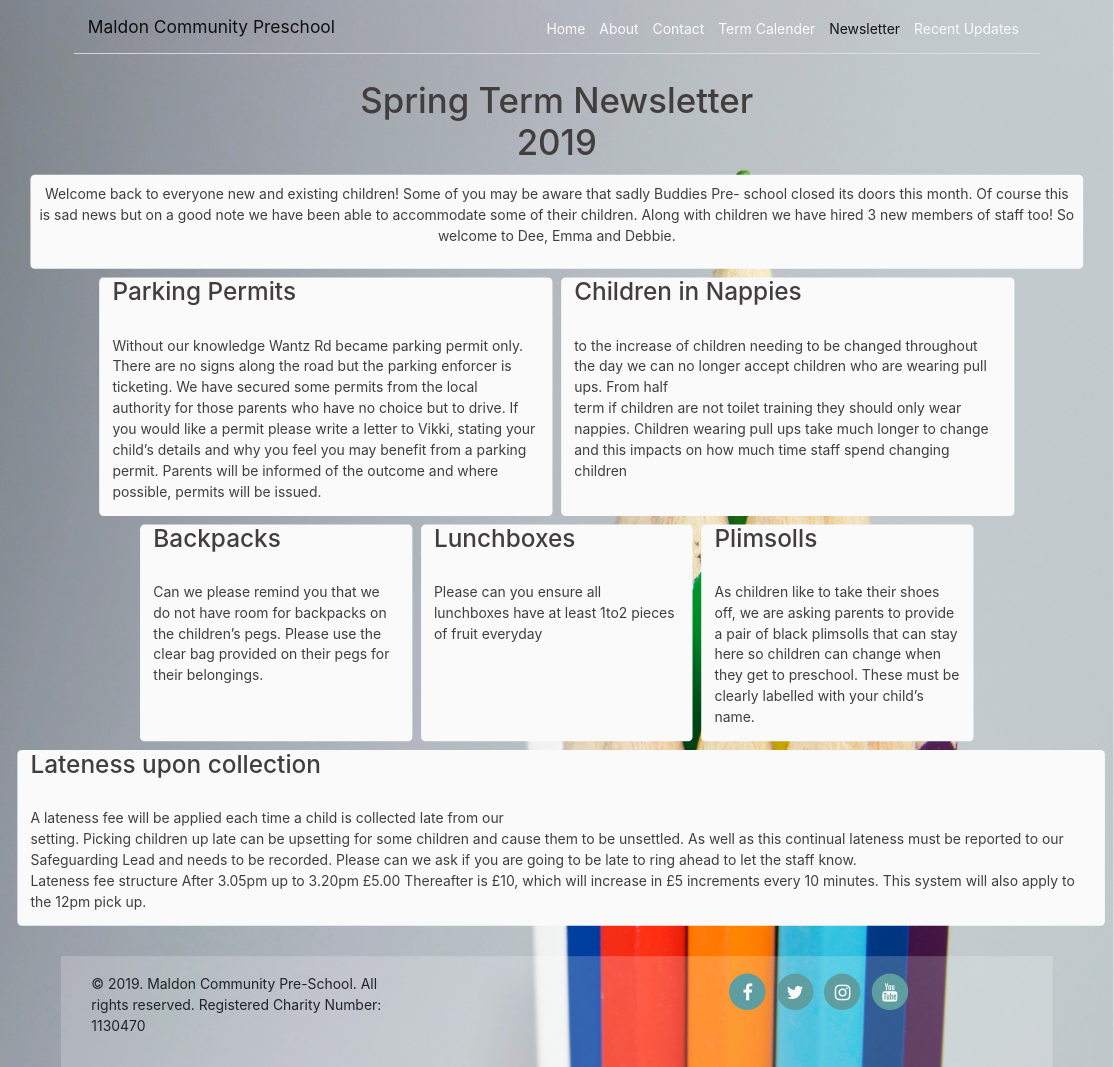
Repository: parkslee/milestone_1
Page: newsletter.html
The author's editor kept a record of every edit. The page is drawn from the files as they stood at one moment, then again after the next edit.
The browser window is 1280 px wide. The pictures show the whole page, at 87% of full size.
Some web libraries are served in a nearby version.

Above is the page before.

After the next edit:
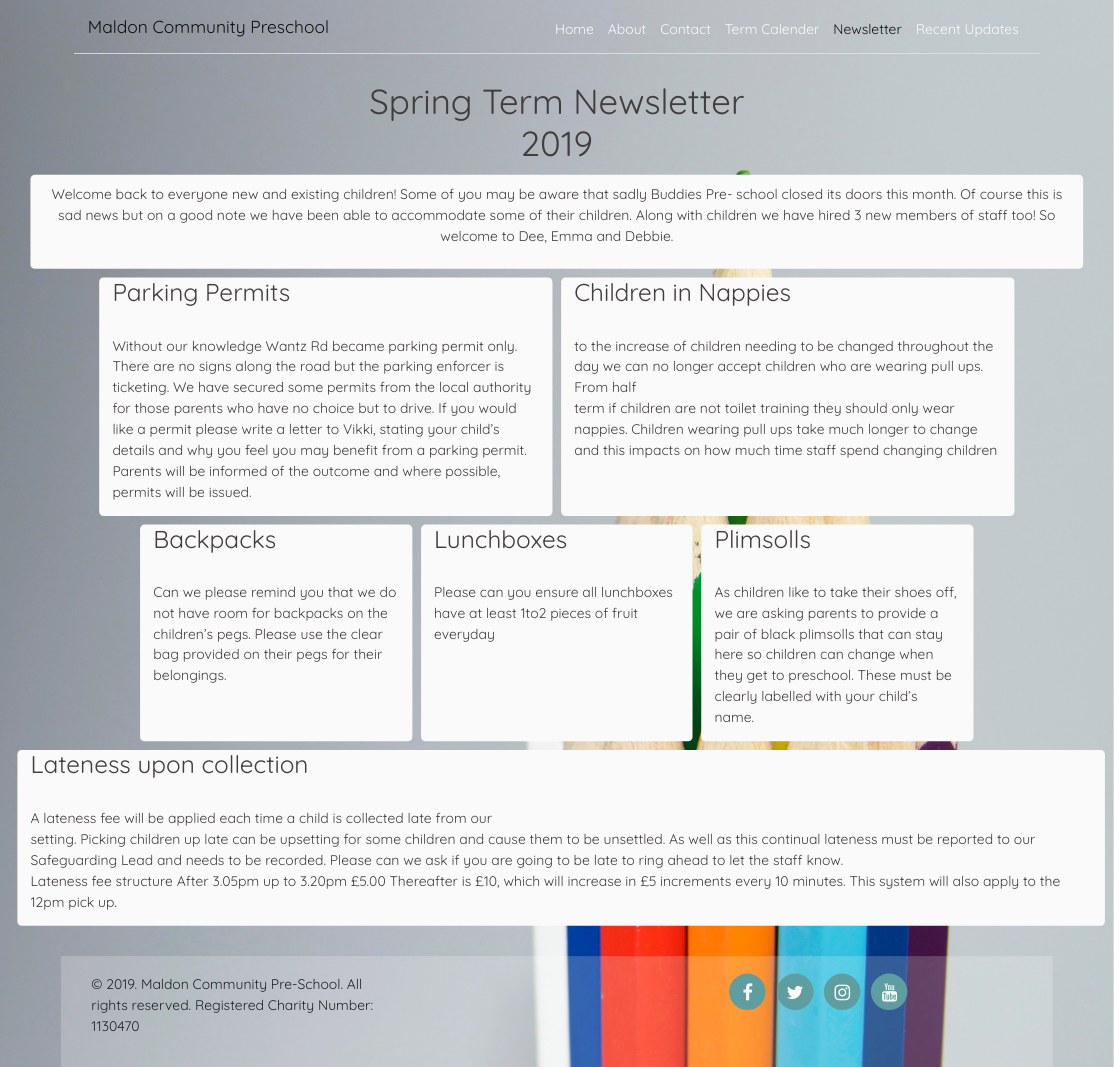
The edit:
--- a/assets/css/style.css
+++ b/assets/css/style.css
@@ -1,3 +1,8 @@
+@import url('https://fonts.googleapis.com/css?family=Quicksand&display=swap');
+
+body{
+    font-family: 'Quicksand', sans-serif;
+}
 
 /*---------------------------------------------------------index.html---------------*/
 
